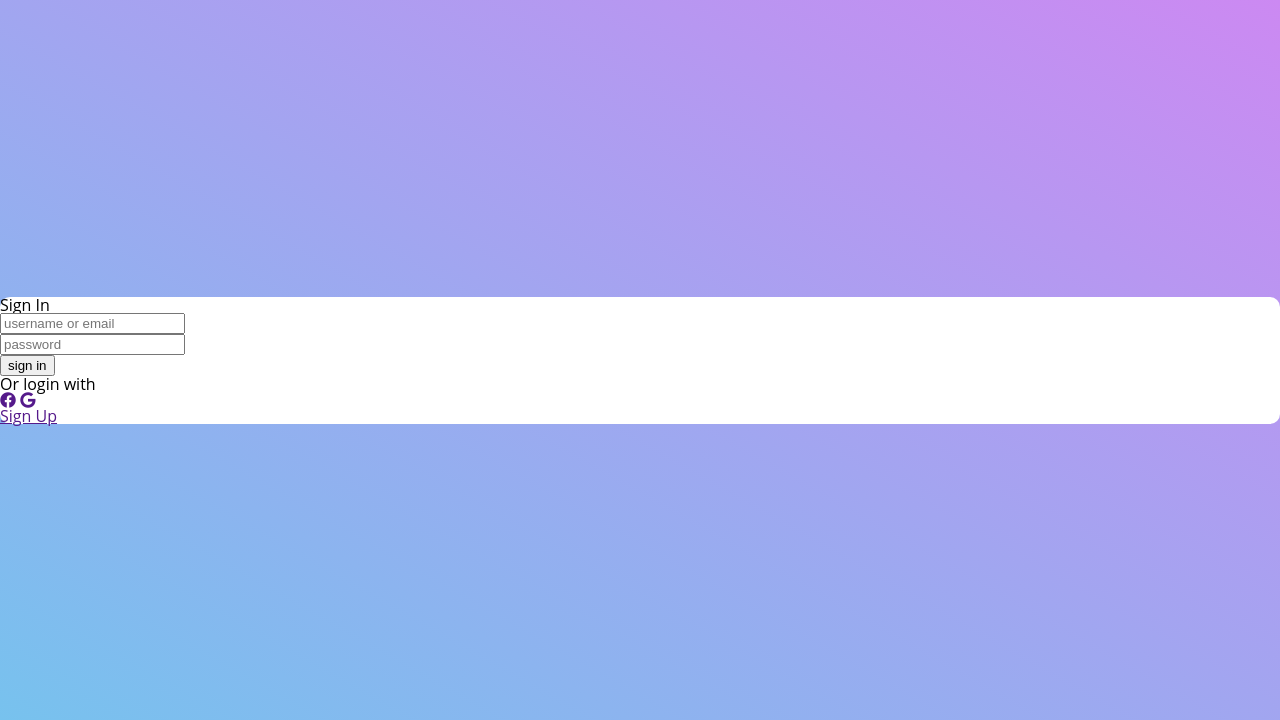
Repository: letrongtinh27/LapTrinhWeb
Page: signin/index.html
These files come from the project's save history. The page is drawn as it stood at one moment and after the next save; the edit follows.
The browser window is 1280 px wide. The pictures show the whole page.

Above is the page before, as saved 2022-10-09 20:26:04.

After the next save:
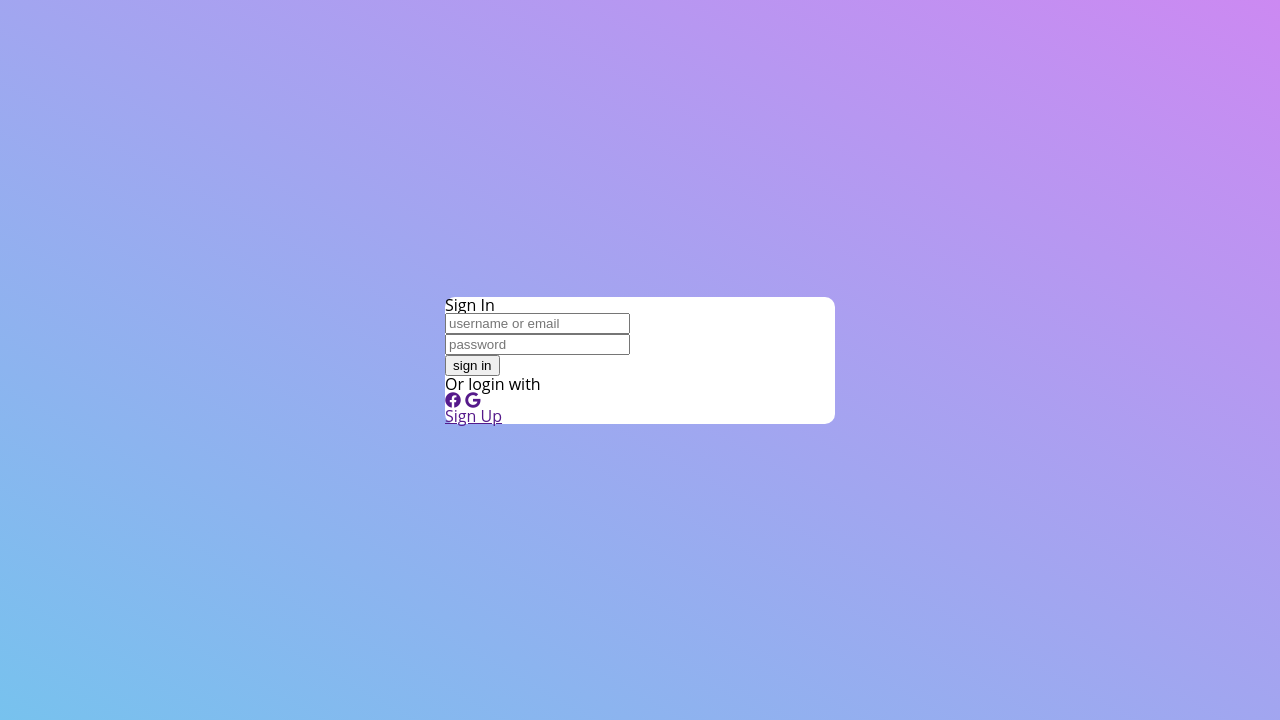
Saved 31 s later.
--- a/signin/style.css
+++ b/signin/style.css
@@ -19,6 +19,8 @@ body {
     background-color: white;
     border-radius: 10px;
     width: 100%;
+    max-width: 390px;
+    height: auto;
 
 }
 .title{
